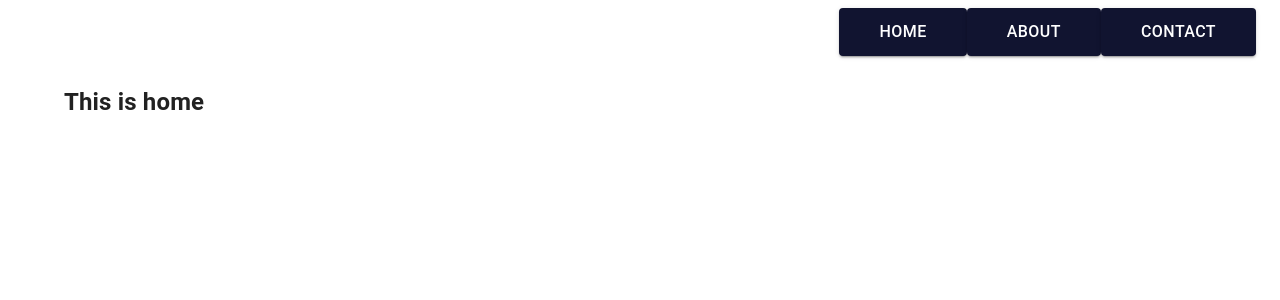
Repository: Wahid137/explore-mui
Page: /
An editor plug-in stored every save of this project. The page is shown before and after the next save, followed by the edit.
The browser window is 1280 px wide. The pictures show the whole page.
The project was rebuilt for these pictures with package versions that can differ from the ones it lists, and the page was loaded fresh each time. Also part of the build but not shown: src/App.css.

Above is the page before, as saved 2023-04-19 14:40:47.

### src/App.js
import './App.css';
import { RouterProvider, createBrowserRouter } from 'react-router-dom';
import { ThemeProvider, CssBaseline } from '@mui/material'
import { theme } from './theme/theme';
import Home from './Pages/Home/Home';
import Layout from './Components/Layout/Layout';
const router = createBrowserRouter([
  {
    element: <Layout></Layout>,
    path: '/',
    children: [
      {
        element: <Home />,
        path: '/',
      },
    ],
  },
]);

function App() {
  return (
    <ThemeProvider theme={theme}>
      <RouterProvider router={router}>
        <CssBaseline />
      </RouterProvider>
    </ThemeProvider>

  );
}

export default App;

### src/theme/theme.js
import { createTheme } from '@mui/material';

export const theme = createTheme({
    palette: {
        primary: {
            main: '#111430',
            yellow: '#FBD062',
            green: '#7AB259',
        },
    },
    components: {
        MuiContainer: {
            defaultProps: {
                maxWidth: 'lg', // 1200
            },
        },
        MuiButton: {
            styleOverrides: {
                root: {
                    fontSize: '1rem',
                    padding: '0.6rem 2.5rem',
                },
            },
            defaultProps: {
                variant: 'contained',
                color: 'primary',
                // disableRipple: true,
            },
        },
    },
});

### src/Components/Layout/Layout.js
import { Box, Container } from '@mui/material';
import React from 'react';
import { Outlet } from 'react-router-dom';
import Header from '../Header/Header';


const Layout = () => {
    return (
        <Box>
            <Container>
                <Header></Header>
                <Outlet />
            </Container>
        </Box>
    );
};

export default Layout;

### src/Components/Header/Header.js
import * as React from 'react';
import AppBar from '@mui/material/AppBar';
import Box from '@mui/material/Box';
import CssBaseline from '@mui/material/CssBaseline';
import Divider from '@mui/material/Divider';
import Drawer from '@mui/material/Drawer';
import IconButton from '@mui/material/IconButton';
import List from '@mui/material/List';
import ListItem from '@mui/material/ListItem';
import ListItemButton from '@mui/material/ListItemButton';
import ListItemText from '@mui/material/ListItemText';
import MenuIcon from '@mui/icons-material/Menu';
import Toolbar from '@mui/material/Toolbar';
import Typography from '@mui/material/Typography';
import Button from '@mui/material/Button';



const drawerWidth = 240;
const navItems = ['Home', 'About', 'Contact'];

export default function Header(props) {
    const { window } = props;
    const [mobileOpen, setMobileOpen] = React.useState(false);

    const handleDrawerToggle = () => {
        setMobileOpen((prevState) => !prevState);
    };

    const drawer = (
        <Box onClick={handleDrawerToggle} sx={{ textAlign: 'center' }}>
            <Typography variant="h6" sx={{ my: 2 }}>
                MUI
            </Typography>
            <Divider />
            <List>
                {navItems.map((item) => (
                    <ListItem key={item} disablePadding>
                        <ListItemButton sx={{ textAlign: 'center' }}>
                            <ListItemText primary={item} />
                        </ListItemButton>
                    </ListItem>
                ))}
            </List>
        </Box>
    );

    const container = window !== undefined ? () => window().document.body : undefined;

    return (
        <Box sx={{ display: 'flex' }}>
            <CssBaseline />
            <AppBar component="nav" sx={{
                backgroundColor: 'transparent',
                boxShadow: 'none'
            }}>
                <Toolbar>
                    <IconButton
                        color="inherit"
                        aria-label="open drawer"
                        edge="start"
                        onClick={handleDrawerToggle}
                        sx={{ mr: 2, display: { sm: 'none' } }}
                    >
                        <MenuIcon />
                    </IconButton>
                    <Typography
                        variant="h6"
                        component="div"
                        sx={{ flexGrow: 1, display: { xs: 'none', sm: 'block' } }}
                    >
                        MUI
                    </Typography>
                    <Box sx={{ display: { xs: 'none', sm: 'block' } }}>
                        {navItems.map((item) => (
                            <Button key={item} sx={{ color: '#fff' }}>
                                {item}
                            </Button>
                        ))}
                    </Box>
                </Toolbar>
            </AppBar>
            <Box component="nav">
                <Drawer
                    container={container}
                    variant="temporary"
                    open={mobileOpen}
                    onClose={handleDrawerToggle}
                    ModalProps={{
                        keepMounted: true, // Better open performance on mobile.
                    }}
                    sx={{
                        display: { xs: 'block', sm: 'none' },
                        '& .MuiDrawer-paper': { boxSizing: 'border-box', width: drawerWidth },
                    }}
                >
                    {drawer}
                </Drawer>
            </Box>
            <Box component="main">
                <Toolbar />
            </Box>
        </Box>
    );
}

Loaded but not shown: public/index.html (common file); src/index.js (common file); src/index.css (common file); src/reportWebVitals.js (common file); src/Pages/Home/Home.js (common file)

After the next save:
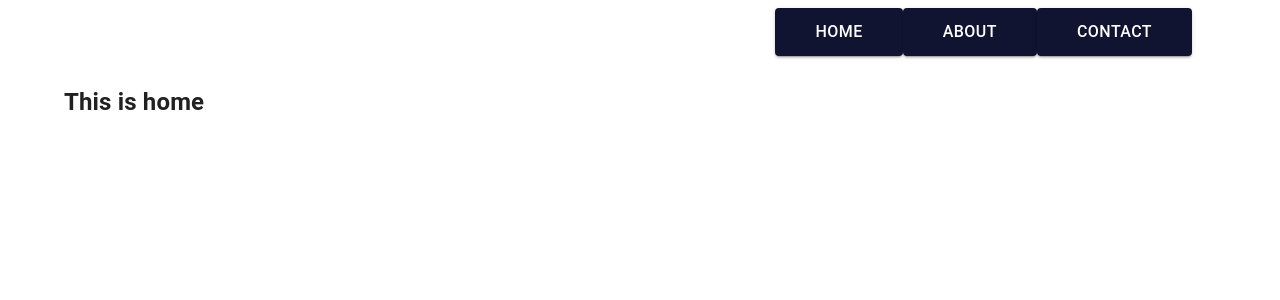
Saved 3 h 7 min later.
--- a/src/Components/Header/Header.js
+++ b/src/Components/Header/Header.js
@@ -13,6 +13,7 @@ import MenuIcon from '@mui/icons-material/Menu';
 import Toolbar from '@mui/material/Toolbar';
 import Typography from '@mui/material/Typography';
 import Button from '@mui/material/Button';
+import { Container } from '@mui/material';
 
 
 
@@ -54,31 +55,34 @@ export default function Header(props) {
                 backgroundColor: 'transparent',
                 boxShadow: 'none'
             }}>
-                <Toolbar>
-                    <IconButton
-                        color="inherit"
-                        aria-label="open drawer"
-                        edge="start"
-                        onClick={handleDrawerToggle}
-                        sx={{ mr: 2, display: { sm: 'none' } }}
-                    >
-                        <MenuIcon />
-                    </IconButton>
-                    <Typography
-                        variant="h6"
-                        component="div"
-                        sx={{ flexGrow: 1, display: { xs: 'none', sm: 'block' } }}
-                    >
-                        MUI
-                    </Typography>
-                    <Box sx={{ display: { xs: 'none', sm: 'block' } }}>
-                        {navItems.map((item) => (
-                            <Button key={item} sx={{ color: '#fff' }}>
-                                {item}
-                            </Button>
-                        ))}
-                    </Box>
-                </Toolbar>
+                <Container>
+                    <Toolbar>
+                        <IconButton
+                            color="inherit"
+                            aria-label="open drawer"
+                            edge="start"
+                            onClick={handleDrawerToggle}
+                            sx={{ mr: 2, display: { sm: 'none' } }}
+                        >
+                            <MenuIcon />
+                        </IconButton>
+                        <Typography
+                            variant="h6"
+                            component="div"
+                            sx={{ flexGrow: 1, display: { xs: 'none', sm: 'block' } }}
+                        >
+                            MUI
+                        </Typography>
+                        <Box sx={{ display: { xs: 'none', sm: 'block' } }}>
+                            {navItems.map((item) => (
+                                <Button key={item} sx={{ color: '#fff' }}>
+                                    {item}
+                                </Button>
+                            ))}
+                        </Box>
+                    </Toolbar>
+                </Container>
+
             </AppBar>
             <Box component="nav">
                 <Drawer
